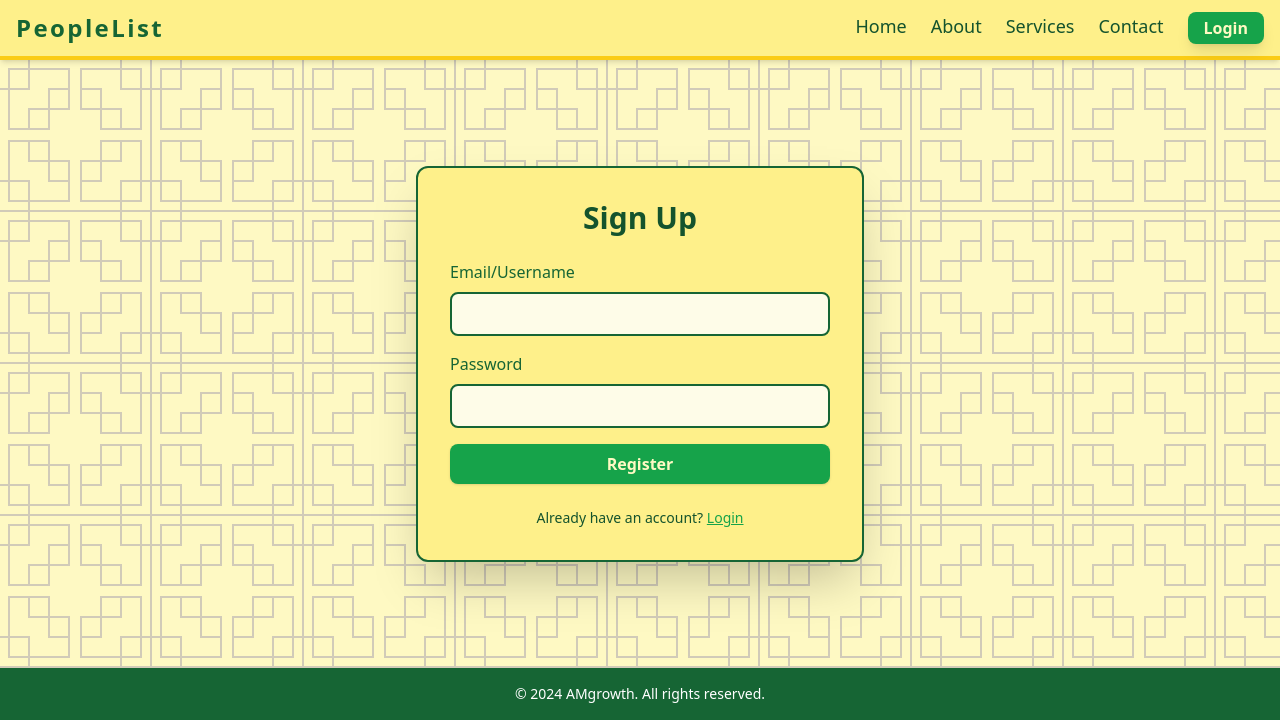
Repository: ArievfRahman-Dev/Mini-Project-II
Page: /regist (app in miniproject2/)
The author's editor kept a copy of each file at every save. The page is drawn from the files as they stood at one save, then again after the next save.
The browser window is 1280 px wide. The pictures show the whole page.
The project was rebuilt for these pictures with package versions that can differ from the ones it lists, and the page was loaded fresh each time. Also part of the build but not shown: miniproject2/vite.config.js, miniproject2/src/pages/HomePage/index.jsx, miniproject2/src/pages/DetailUser/index.jsx, miniproject2/src/pages/LoginPage/index.jsx, miniproject2/src/routes/ProtectedRoute.jsx.

Above is the page before, as saved 2024-12-24 08:56:37.

After the next save:
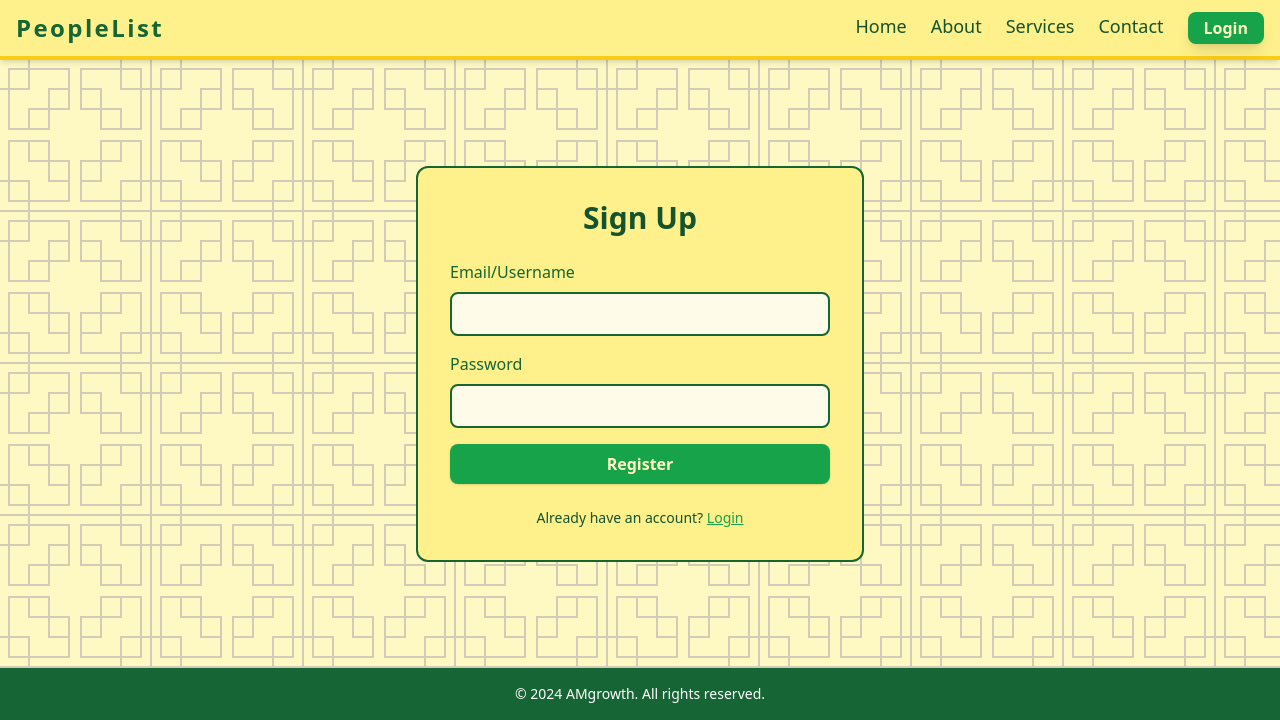
Saved 37 s later.
--- a/miniproject2/src/pages/RegisterPages/index.jsx
+++ b/miniproject2/src/pages/RegisterPages/index.jsx
@@ -46,7 +46,7 @@
     <div className="flex flex-col min-h-screen bg-yellow-100">
       <Navbar />
       <div className="flex items-center justify-center flex-1 p-4 bg-[url('data:[embedded picture, 899 characters]')] ">
-        <div className="w-full max-w-md p-8 bg-yellow-200 border-2 border-green-800 shadow-2xl rounded-xl ">
+        <div className="w-full max-w-md p-8 bg-yellow-200 border-2 border-green-800 shadow-black rounded-xl ">
           <h1 className="mb-6 text-3xl font-bold text-center text-green-900 retro-font">
             Sign Up
           </h1>

After the save that followed:
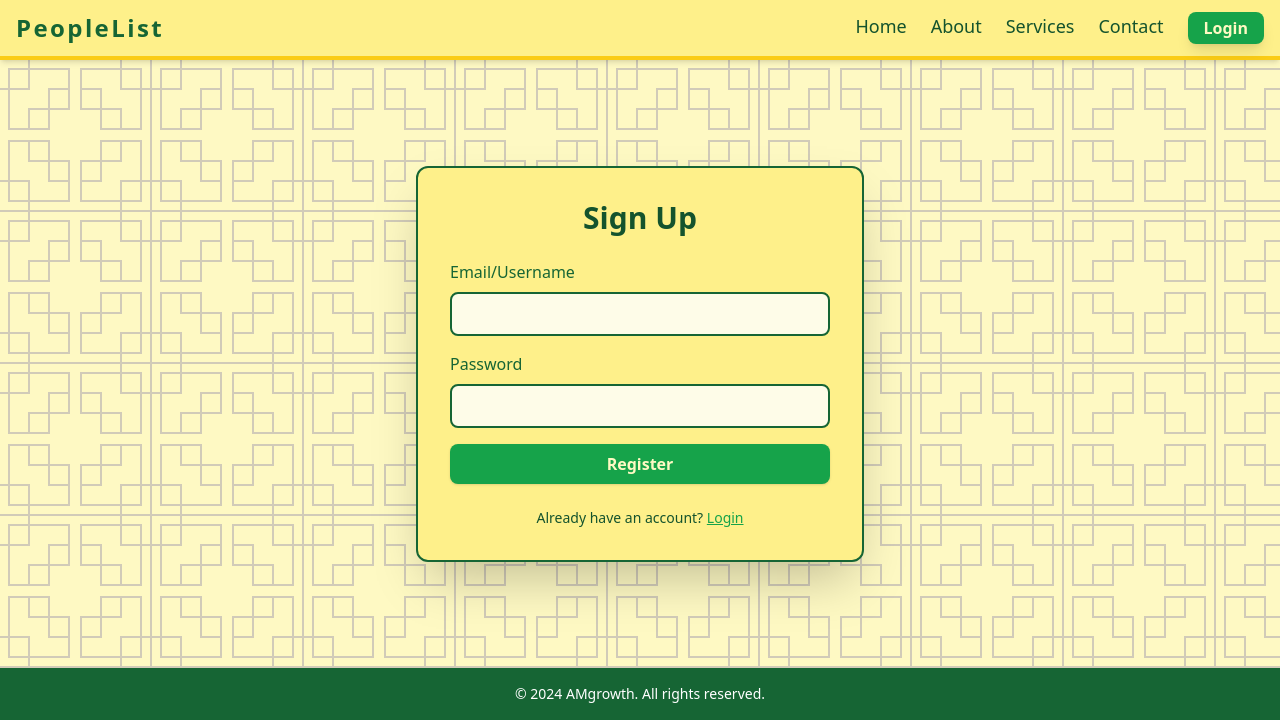
Saved 10 s later.
--- a/miniproject2/src/pages/RegisterPages/index.jsx
+++ b/miniproject2/src/pages/RegisterPages/index.jsx
@@ -46,7 +46,7 @@
     <div className="flex flex-col min-h-screen bg-yellow-100">
       <Navbar />
       <div className="flex items-center justify-center flex-1 p-4 bg-[url('data:[embedded picture, 899 characters]')] ">
-        <div className="w-full max-w-md p-8 bg-yellow-200 border-2 border-green-800 shadow-black rounded-xl ">
+        <div className="w-full max-w-md p-8 bg-yellow-200 border-2 border-green-800 shadow-2xl rounded-xl ">
           <h1 className="mb-6 text-3xl font-bold text-center text-green-900 retro-font">
             Sign Up
           </h1>
